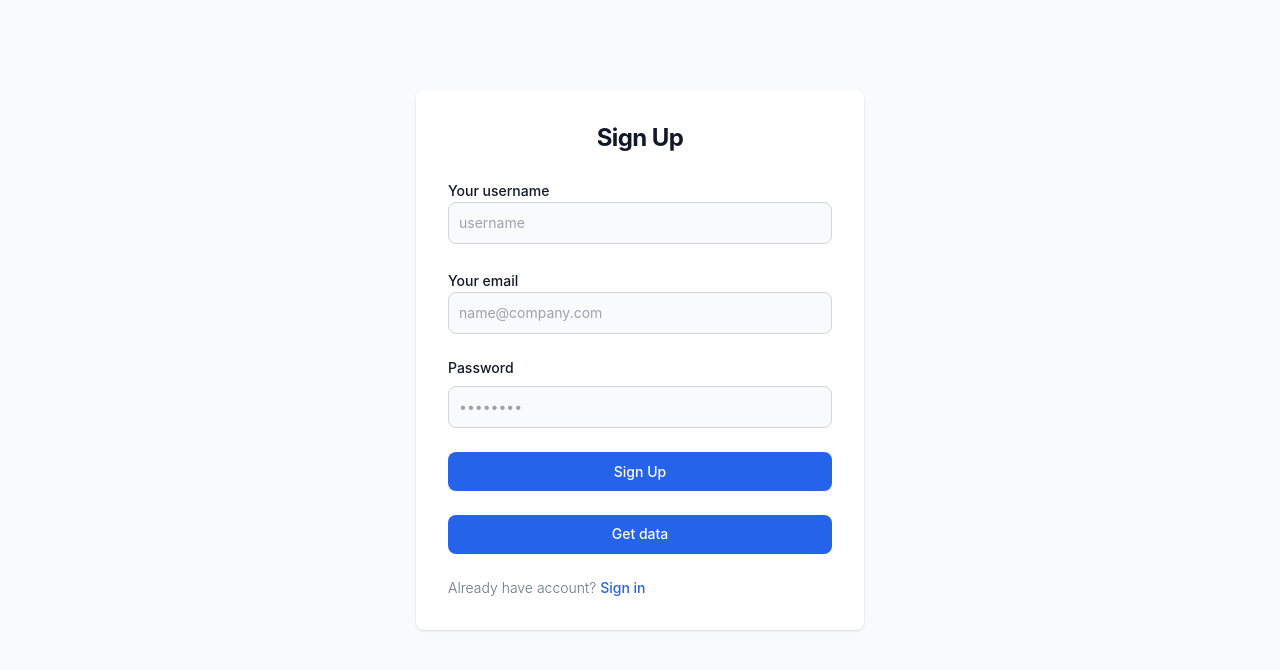
Repository: Than-sothearak/news-today
Page: /register (app in client/)
These files come from the project's save history. The page is drawn as it stood at one moment and after the next save; the edit follows.
The browser window is 1280 px wide. The pictures show the whole page.
The project was rebuilt for these pictures with package versions that can differ from the ones it lists, and the page was loaded fresh each time. Also part of the build but not shown: client/vite.config.js, client/data.js, client/src/components/Post.jsx, client/src/components/HeroBanner.jsx, client/src/page/Home.jsx, client/src/page/Login.jsx, client/src/page/Single.jsx, client/src/page/Write.jsx and 3 more.

Above is the page before, as saved 2023-03-05 17:40:19.

After the next save:
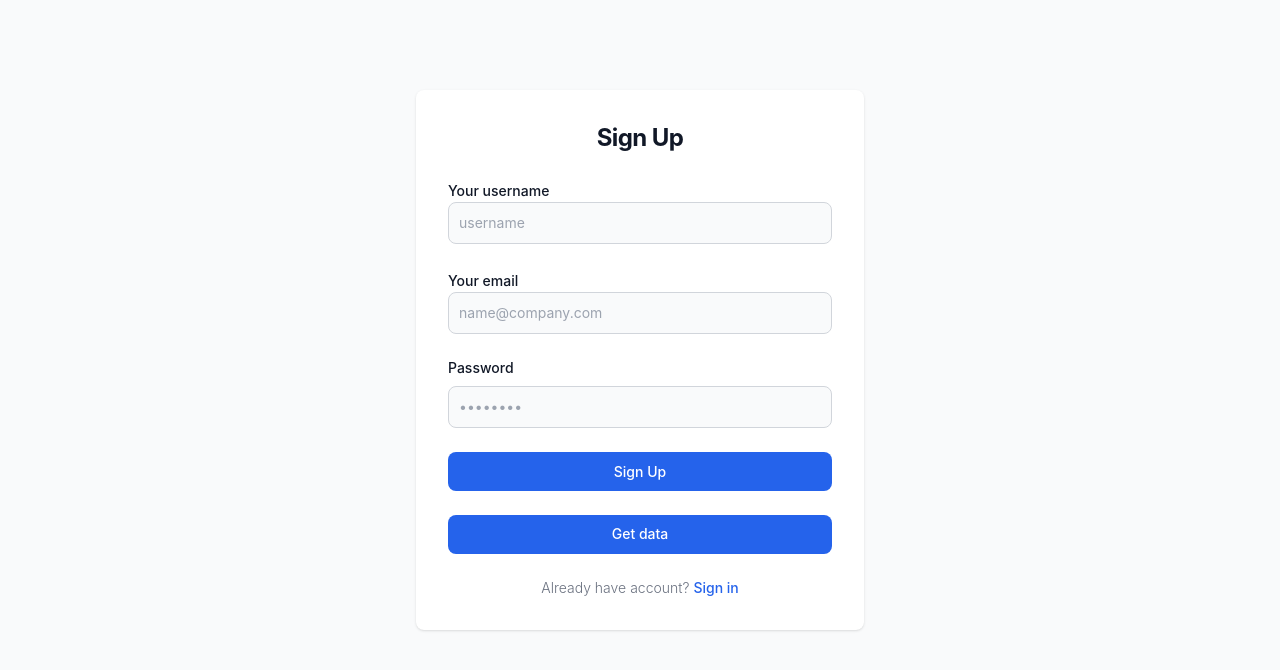
Saved 11 s later.
--- a/client/src/page/Register.jsx
+++ b/client/src/page/Register.jsx
@@ -118,7 +118,7 @@ export const Register = () => {
               >
                 Get data
               </button>
-              <p className="text-sm font-light text-gray-500 dark:text-gray-400">
+              <p className="text-center text-sm font-light text-gray-500 dark:text-gray-400">
                 Already have account? {data}{" "}
                 <Link
                   to="/login"
